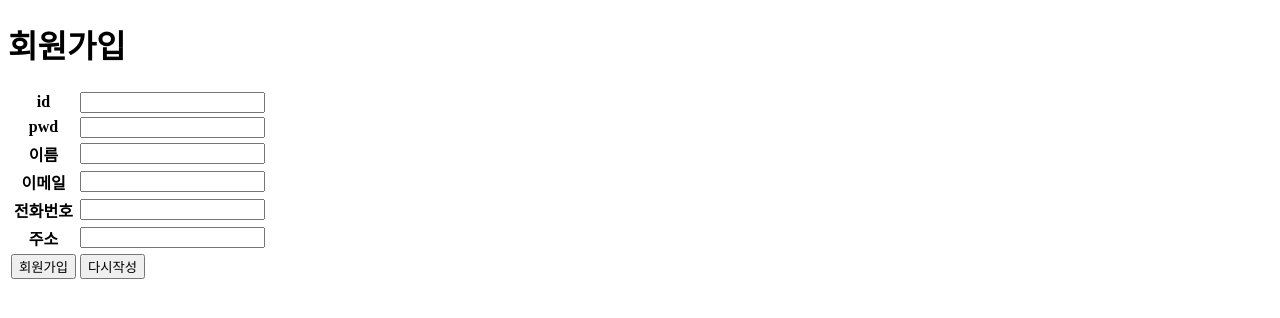
Repository: sdfg6213/clonecoding
Page: http://localhost/myweb2/member/join.jsp
The author's editor kept a copy of each file at every save. The page is drawn from the files as they stood at one save, then again after the next save.
The browser window is 1280 px wide. The pictures show the whole page.
The page is served by Tomcat 9. Other server files are loaded and not shown.

Above is the page before, as saved 2025-04-29 06:42:20.

### myweb2/src/main/webapp/member/join.jsp
<%@ page language="java" contentType="text/html; charset=UTF-8"
    pageEncoding="UTF-8"%>
<!DOCTYPE html>
<html>
<head>
<meta charset="UTF-8">
<title>Insert title here</title>
</head>
<body>
<h1>회원가입</h1>
<table>
	<tr>
		<th>id
		<td><input type="text" name="id">
	<tr>
		<th>pwd
		<td><input type="password" name="pwd">
	<tr>
		<th>이름
		<td><input type="text" name="name">
	<tr>
		<th>이메일
		<td><input type="text" name="email">
	<tr>
		<th>전화번호
		<td><input type="text" name="tel">
	<tr>
		<th>주소
		<td><input type="text" name="addr">
	<tr>
		<td><input type="submit" value="회원가입">
		<td><input type="reset" value="다시작성">
</table>
</body>
</html>

After the next save:
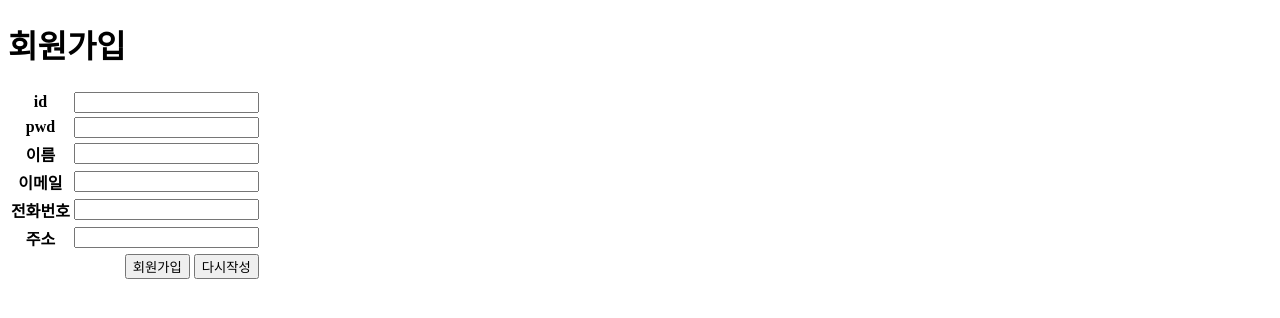
Saved 29 s later.
--- a/myweb2/src/main/webapp/member/join.jsp
+++ b/myweb2/src/main/webapp/member/join.jsp
@@ -28,8 +28,8 @@
 		<th>주소
 		<td><input type="text" name="addr">
 	<tr>
-		<td><input type="submit" value="회원가입">
-		<td><input type="reset" value="다시작성">
+		<td colspan="2" align="right"><input type="submit" value="회원가입">
+		<input type="reset" value="다시작성">
 </table>
 </body>
 </html>
